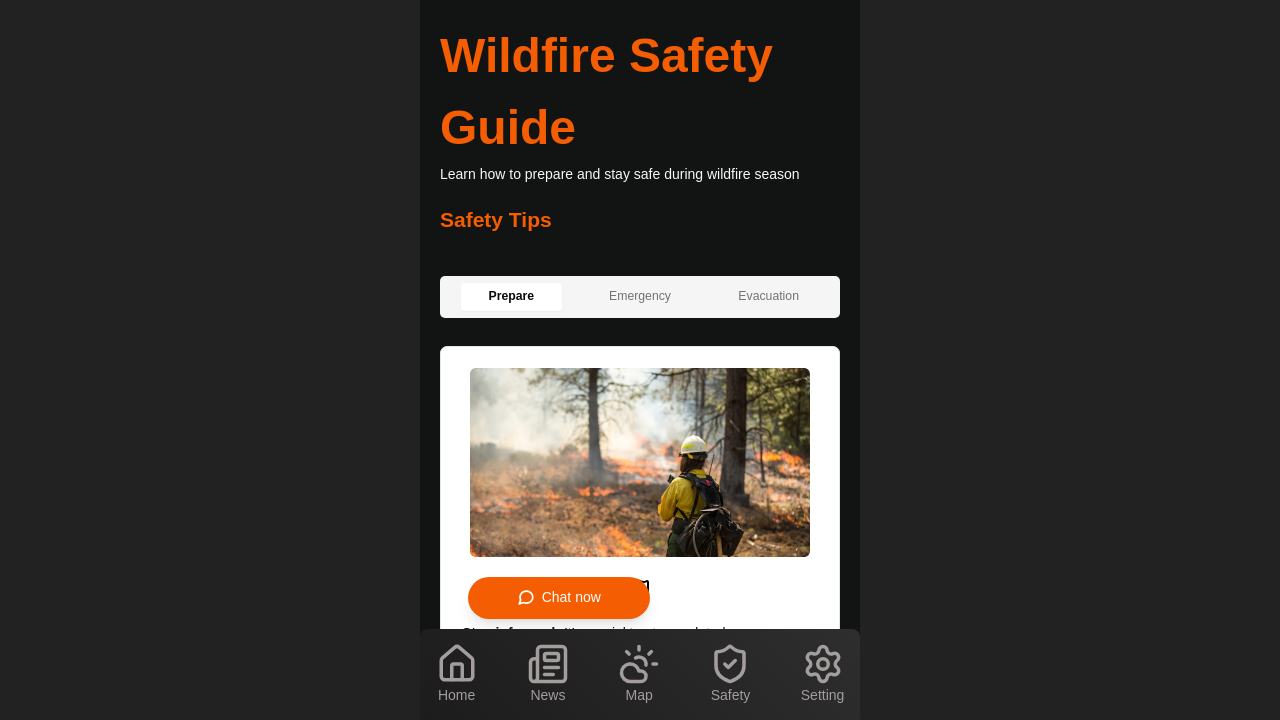
Repository: BCITKevin/Flare_IDSP
Page: /safety
These files come from the project's save history. The page is drawn as it stood at one moment and after the next save; the edit follows.
The browser window is 1280 px wide. The pictures show the whole page.
An inner scrolling area shows only its first screen. Some web fonts or font styles are not loaded; a fallback is used. The project was rebuilt for these pictures with package versions that can differ from the ones it lists, and the page was loaded fresh each time. The framework's server and built-in components were replaced by stand-ins that run in the browser. Also part of the build but not shown: next.config.js, next.config.mjs.

Above is the page before, as saved 2024-11-30 07:34:05.

### src/app/layout.tsx
import type { Metadata } from "next";
import Script from 'next/script';
import "./globals.css";
import { BrowserRouter } from "react-router-dom";

export const metadata: Metadata = {
  title: "Flare",
  description: "Flare is disaster response platform.",
  manifest: "/manifest.json",
};

export default function RootLayout({
  children,
}: Readonly<{
  children: React.ReactNode;
}>) {
  return (
    <html lang="en">
        <head>
          <link rel="manifest" href="/manifest.json" />
          <link rel="icon" href="/favicon.ico" />
          <link rel="apple-touch-icon" href="/images/logo-192x192.png" />
          <link
            rel="stylesheet"
            href="https://cdnjs.cloudflare.com/ajax/libs/leaflet/1.9.4/leaflet.min.css"
            crossOrigin=""
          />
        </head>
        <body
          className={`antialiased`}
        >
          {children}
          <Script
            src="https://cdnjs.cloudflare.com/ajax/libs/leaflet/1.9.4/leaflet.min.js"
            strategy="beforeInteractive"
            crossOrigin=""
          />
        </body>
    </html>
  );
}

### src/app/safety/page.tsx
'use client';

import { Tabs, TabsContent, TabsList, TabsTrigger } from "@/components/ui/tabs";
import {
    Card,
    CardContent,
    // CardDescription,
    // CardFooter,
    CardHeader,
    // CardTitle,
} from "@/components/ui/card"
import styles from "./safety.module.css"
import { Backpack, Map, Flag } from "lucide-react";
import prepareHero from "../public/images/prepareHero.png"
import evacHero from "../public/images/EvacHero.png"
import emergencyHero from "../public/images/EmergencyHero.png"
import BottomNavBar from "@/components/BottomNavBar/BottomNavBar";
import React from "react";

import { useState } from "react";
import Image from "next/image";

type Message = {
    text: string;
    sender: string;
};

// Card can be reformatted into a reusable component

export default function Safety() {
    const [showChat, setShowChat] = useState(false);
    const [activeTab, setActiveTab] = useState('Prepare');
    const [prevMsg, setMsg] = useState<Message[]>([
        { text: "Hello! Is there anything about wildfires I could help you with today?", sender: 'bot' },
    ]);


    async function handleSubmit(e: React.FormEvent<HTMLFormElement>) {
        e.preventDefault()

        try {
            const message = (document.querySelector('#message') as HTMLInputElement)?.value;
            (document.querySelector('#message') as HTMLInputElement).value = '';

            console.log(message);
            setMsg((prevMsg) => [...prevMsg, { text: message, sender: 'user' }]);

            const res = await fetch('/api/safety', {
                method: 'POST',
                headers: {
                    'Content-Type': 'application/json',
                },
                body: JSON.stringify({ message }),
            });

            if (!res.ok) {
                console.error();
                throw new Error('OOPS, SOMETHIN WRONG WITH BOT');
            }
            const data = await res.json();

            const botResponse = data.chat.content || "Sorry, I can't process your request. Please try again";

            setMsg((prevMsg) => [...prevMsg, { text: botResponse, sender: 'bot' }]);

            console.log('from gpt: ', botResponse);
        }
        catch (err) {
            console.error(err);
        }
    }

    const prepareText = `
    <strong>Stay informed:</strong> It’s crucial to stay updated on emergency alerts and evacuation orders issued by local authorities. Regularly check with Flare and turn on notifications and stay updated with the news. These alerts provide critical information about wildfire locations, safe zones, and road closures.
    <br><br>
    <strong>Assemble an emergency kit:</strong> Include:
    <ul>
        <li>- First aid supplies, such as bandages, antiseptics, and pain relievers.</li>
        <li>- Enough non-perishable food and water to sustain your household for at least 3 days.</li>
        <li>- Flashlights with spare batteries, a multi-tool, a whistle for signaling, and a fire extinguisher.</li>
        <li>- Personal hygiene items, blankets, and clothing suitable for various weather conditions.</li>
    </ul>
    <br>
    <strong>Follow evacuation routes:</strong> Use the safest, predefined routes recommended by local authorities. Avoid unfamiliar roads that could be blocked or unsafe. Always have a physical map in case of GPS or mobile network failure.
    <br><br>
    <strong>Leave as early as possible:</strong> Don’t wait until the last moment to evacuate. Early action reduces risks and allows emergency responders to focus on critical areas. Traffic congestion and panic during last-minute evacuations can pose additional dangers.
    <br><br>
    <strong>Assist neighbors if possible:</strong> Check on those in your community who may need help, especially the elderly, people with disabilities, or families without transportation. Offer support by carpooling or sharing resources.
    <br><br>
    <strong>Keep your vehicle ready:</strong> Ensure your vehicle is in good condition with a full gas tank. Keep the keys easily accessible, park the car facing outward for a quick exit, and load essential items in advance to save time during an emergency.
    <br><br>
    <strong>Practice your evacuation plan:</strong> Conduct regular drills with your household to ensure everyone knows their roles and responsibilities. Familiarity with the process can reduce stress and confusion during an actual emergency.
    <br><br>
    <strong>Create a defensible space around your home:</strong> Clear dry leaves, branches, and other flammable materials at least 30 feet from your home. Trim tree branches to a height of at least 6 feet to prevent fire from climbing. Regularly maintain gutters and roofs by removing debris. Store firewood and other combustible items far from structures.
    <br><br>
    `;


    const emergencyText = `
    <strong>If you are in danger, contact emergency services immediately:</strong> Dial the emergency hotline 911 if your safety is compromised. Or  call 1 800 663-5555 toll-free or <strong>*5555</strong> on a cellphone to report a wildfire. Clearly state your location and the nature of the emergency to ensure responders can locate you quickly. Avoid using the line for non-critical updates to keep it free for those in immediate need.
    <br><br>
    <strong>Stay inside if safe:</strong> If evacuation is not possible, shelter in place in a safe room. Select an area with minimal windows and external doors, preferably one located at the center of your home or on the opposite side of the fire’s path. Keep the space stocked with basic necessities, including water, flashlights, and communication devices.
    <br><br>
    <strong>Block air entry:</strong> Use duct tape, wet towels, or other materials to seal gaps around doors and windows to prevent smoke infiltration. Shut off HVAC systems and close vents to further limit the entry of hazardous air.
    <br><br>
    <strong>Listen to official information:</strong> Stay tuned to updates from local authorities via radio, mobile apps, or reliable online sources. Avoid spreading or acting on unverified information that may cause unnecessary panic.
    <br><br>
    <strong>Use face coverings:</strong> If you need to go outside or smoke enters your shelter, use wet towels, bandanas, or certified N95 masks to filter harmful particles. This is especially important for individuals with respiratory issues, the elderly, and young children.
    <br><br>
    <strong>Stay hydrated:</strong> Drink plenty of water to combat dehydration caused by heat and smoke inhalation. Avoid alcohol or caffeinated drinks, which can exacerbate dehydration. If possible, keep oral rehydration salts or electrolyte drinks on hand.
    <br><br>
    <strong>Be prepared for power outages:</strong> Wildfires may disrupt electricity. Keep flashlights, extra batteries, and a manual crank radio available. Charge your devices in advance and consider using portable power banks.
    <br><br>
    <strong>Plan for communication:</strong> If mobile networks are down, use walkie-talkies or pre-established signals with neighbors and family to communicate effectively.
    <br><br>
    <strong>Protect pets and livestock:</strong> Keep your pets in a secure area with food and water. If possible, move livestock to open areas far from fire hazards.
    <br><br>
    <strong>Monitor air quality:</strong> Use air purifiers indoors if available and check air quality levels through official channels to minimize smoke-related health risks.
    `;


    const evacuationText = `
    <strong>Develop a family emergency plan:</strong> Create a detailed emergency plan that includes designated meeting spots, multiple communication strategies, and escape routes for different scenarios. Assign responsibilities to each family member and rehearse the plan frequently to ensure everyone is prepared.
    <br><br>
    <strong>Prepare to leave immediately:</strong>
    - Ensure you have gathered all essential items ahead of time to avoid delays. These include:
    <br><br>
    <ul>
        <li>- <strong>Medications</strong>, including prescription drugs and a basic first aid kit for minor injuries.</li>
        <li>- <strong>Important documents</strong>, such as government-issued IDs, insurance papers, property deeds, and emergency contact information.</li>
        <li>- Your <strong>emergency kit</strong> as outlined in the prepare section</li>
        <li>- Personal items like clothing, toiletries, and any essential supplies for infants, pets, or elderly family members.</li>
    </ul>
    <br>
    <strong>Keep important documents ready:</strong> Store essential documents like birth certificates, passports, medical records, and insurance policies in a waterproof, fireproof safe. Back up digital copies to cloud storage or an external hard drive.
    <br><br>
    <strong>Know your local risk level:</strong> Familiarize yourself with wildfire risks in your area by consulting local government websites and fire risk maps. Participate in community evacuation drills to understand the best practices and routes in case of an emergency.
    <br><br>
    <strong>Sign up for emergency alerts:</strong> Subscribe to wildfire and weather warning systems offered by local authorities.
    <br><br>
    <strong>Invest in fire-resistant building materials:</strong> Upgrade your home with fire-resistant roofing, siding, and windows. Install ember-resistant vents to prevent sparks from entering your home.
    <br><br>
    <strong>Prepare your vehicle:</strong> Keep your car in good working condition, with a full gas tank and an emergency kit inside. Include maps, a spare tire, tools, and extra supplies to ensure mobility during an evacuation.
    <br><br>
    <strong>Coordinate with your neighbors:</strong> Work together with your community to create a wildfire response plan. Share resources, such as tools and safety tips, to enhance collective preparedness.
    <br><br>
    <strong>Learn fire suppression techniques:</strong> Take basic training on how to use a fire extinguisher and other suppression tools effectively. Know when to evacuate instead of attempting to combat the fire yourself.
    <br><br>
    <strong>Advocate for local safety measures:</strong> Encourage local governments to implement wildfire prevention strategies, such as controlled burns, community fuel breaks, and infrastructure upgrades.
    `;




    return (
        <body className="min-h-screen overflow-y-auto">
            <div className="safetyLayout h-full overflow-y-auto mb-44">
                <div className={styles.safetyHeading}>
                    <h1>
                        Wildfire Safety Guide
                    </h1>
                    <p className={styles.whiteText}>
                        Learn how to prepare and stay safe during wildfire season
                    </p>
                </div>
                {/* <Card className="p-5 mt-3 transition-all duration-300 hover:shadow-lg border-l-4 border-l-orange-500">
                    <CardHeader className="p-0 mb-3">
                        <div className="flex items-center gap-2">
                            <strong className={`${styles.articleBody} text-lg`}>
                                Based on your Location and Recent Weather
                            </strong>
                        </div>
                    </CardHeader>
                    <CardContent className="p-0">
                        <div className="flex flex-col gap-2">
                            <p className={`${styles.articleBody} leading-relaxed`}>
                                Consider bringing:
                            </p>
                            <ul className="list-disc ml-5 space-y-1">
                                <li className={styles.articleBody}>Extra water (1 gallon per person)</li>
                                <li className={styles.articleBody}>Cooling towels</li>
                                <li className={styles.articleBody}>Sun protection (hat, sunscreen)</li>
                            </ul>
                        </div>
                    </CardContent>
                </Card> */}
                <div className={`${styles.safetyHeading} mb-6 mt-6`}>
                    <h3 className="text-2xl font-bold">
                        Safety Tips
                    </h3>
                </div>
                <div className="mt-2">
                <Tabs defaultValue="Prepare" className="w-full flex flex-col" onValueChange={setActiveTab}>
                        <TabsList className="space-x-8 p-6 my-6">
                            <TabsTrigger value="Prepare" className={`w-full ${activeTab === 'Prepare' ? styles.activeTab : ''}`}>Prepare</TabsTrigger>
                            <TabsTrigger value="Emergency" className={`w-full ${activeTab === 'Emergency' ? styles.activeTab : ''}`}>Emergency</TabsTrigger>
                            <TabsTrigger value="Evacuation" className={`w-full ${activeTab === 'Evacuation' ? styles.activeTab : ''}`}>Evacuation</TabsTrigger>
                        </TabsList>
                        <TabsContent value="Prepare">
                            <Card className={`${styles.card} p-6 flex flex-col items-center mb-24`}>
                                <Image src={prepareHero} width={340} height={189} alt="a rescue worker looking towards a wildfire" />
                                <Flag color="black" className="m-6" />
                                <p dangerouslySetInnerHTML={{ __html: prepareText }} className={styles.articleBody} />
                            </Card>
                        </TabsContent>
                        <TabsContent value="Emergency">
                            <Card className={`${styles.card} p-6 flex flex-col items-center mb-24`}>
                                <Image src={emergencyHero} width={340} height={189} alt="a rescue worker looking towards a wildfire" />
                                <Backpack color="black" className="m-6" />
                                <p dangerouslySetInnerHTML={{ __html: emergencyText }} className={styles.articleBody} />
                            </Card>
                        </TabsContent>
                        <TabsContent value="Evacuation">
                            <Card className={`${styles.card} p-6 flex flex-col items-center mb-24`}>
                                <Image src={evacHero} width={340} height={189} alt="a rescue worker looking towards a wildfire" />
                                <Map color="black" className="m-6" />
                                <p dangerouslySetInnerHTML={{ __html: evacuationText }} className={styles.articleBody} />
                            </Card>
                        </TabsContent>
                    </Tabs>
                </div>
                {showChat ? (
                    <>
                        <div className="justify-center items-center flex overflow-x-hidden overflow-y-auto fixed inset-0 z-50 outline-none focus:outline-none">
                            <div className="relative w-full h-full mx-auto max-w-3xl px-4 pt-6 pb-24">
                                <div className="border-0 rounded-lg shadow-lg relative flex flex-col w-full h-full bg-white outline-none focus:outline-none">
                                    {/* Header */}
                                    <div className="flex items-center justify-between p-4 border-b border-solid border-gray-200">
                                        <h3 className="text-lg font-semibold text-gray-900">Flare Assistant</h3>
                                        <button
                                            className="p-1 ml-auto border-0 text-black float-right text-3xl leading-none font-semibold"
                                            onClick={() => setShowChat(false)}
                                        >
                                            ×
                                        </button>
                                    </div>

                                    {/* Chat Messages */}
                                    <div className="relative p-4 flex-auto overflow-y-auto">
                                        {prevMsg.map((msg, i) => (
                                            <div key={i} className={`flex ${msg.sender === 'user' ? 'justify-end' : 'justify-start'} mb-4`}>
                                                <div className={`rounded-lg px-4 py-2 max-w-[80%] ${
                                                    msg.sender === 'user'
                                                    ? 'bg-[var(--orange)] text-white'
                                                    : 'bg-gray-100 text-gray-800'
                                                }`}>
                                                    {msg.text}
                                                </div>
                                            </div>
                                        ))}
                                    </div>

                                    {/* Input Form */}
                                    <div className="border-t border-solid border-gray-200 p-4">
                                        <form onSubmit={handleSubmit} className="flex gap-2">
                                            <input
                                                type="text"
                                                id="message"
                                                placeholder="Type your message..."
                                                className="flex-grow px-4 py-2 border border-gray-300 rounded-full focus:outline-none focus:border-[var(--orange)]"
                                            />
                                            <button
                                                type="submit"
                                                className="bg-[var(--orange)] text-white rounded-full px-6 py-2"
                                            >
                                                Send
                                            </button>
                                        </form>
                                    </div>
                                </div>
                            </div>
                        </div>
                        <div className="opacity-25 fixed inset-0 z-40 bg-black"></div>
                    </>
                ) : null}
                <div className="flex flex-col fixed bottom-24 rounded-md px-6 py-3 m-2 items-center gap-4 transition-all duration-300">
                    {/* <div>
                        <span className="flex justify-center text-white ">Flare Assistant</span>
                        <p className="text-white text-base">Ask us about how you can stay safe</p>
                    </div> */}
                    <button
                        className="flex justify-center bg-[var(--orange)] text-white rounded-full shadow-lg transition-all duration-300 flex items-center gap-2 px-4 py-2 w-3/4 hover:border-2 hover:border-white box-border w-52 h-12"
                        onClick={() => setShowChat(true)}
                    >
                        <img src="/icons/message-circle.svg" alt="chatbot icon" className="w-5 h-5 filter invert brightness-0" />
                        <span>Chat now</span>
                    </button>
                </div>
            </div>
            <BottomNavBar />
        </body>
    )
}

### src/components/ui/card.tsx
import * as React from "react"

import { cn } from "@/lib/utils"

const Card = React.forwardRef<
  HTMLDivElement,
  React.HTMLAttributes<HTMLDivElement>
>(({ className, ...props }, ref) => (
  <div
    ref={ref}
    className={cn(
      "rounded-lg border border-neutral-200 bg-white text-neutral-950 shadow-sm dark:border-neutral-800 dark:bg-neutral-950 dark:text-neutral-50",
      className
    )}
    {...props}
  />
))
Card.displayName = "Card"

const CardHeader = React.forwardRef<
  HTMLDivElement,
  React.HTMLAttributes<HTMLDivElement>
>(({ className, ...props }, ref) => (
  <div
    ref={ref}
    className={cn("flex flex-col space-y-1.5", className)}
    {...props}
  />
))
CardHeader.displayName = "CardHeader"

const CardTitle = React.forwardRef<
  HTMLParagraphElement,
  React.HTMLAttributes<HTMLHeadingElement>
>(({ className, ...props }, ref) => (
  <h3
    ref={ref}
    className={cn(
      "text-2xl font-semibold leading-none tracking-tight",
      className
    )}
    {...props}
  />
))
CardTitle.displayName = "CardTitle"

const CardDescription = React.forwardRef<
  HTMLParagraphElement,
  React.HTMLAttributes<HTMLParagraphElement>
>(({ className, ...props }, ref) => (
  <p
    ref={ref}
    className={cn("text-sm text-neutral-500 dark:text-neutral-400", className)}
    {...props}
  />
))
CardDescription.displayName = "CardDescription"

const CardContent = React.forwardRef<
  HTMLDivElement,
  React.HTMLAttributes<HTMLDivElement>
>(({ className, ...props }, ref) => (
  <div ref={ref} className={cn("pt-6", className)} {...props} />
))
CardContent.displayName = "CardContent"

const CardFooter = React.forwardRef<
  HTMLDivElement,
  React.HTMLAttributes<HTMLDivElement>
>(({ className, ...props }, ref) => (
  <div
    ref={ref}
    className={cn("flex items-center pt-6", className)}
    {...props}
  />
))
CardFooter.displayName = "CardFooter"

export { Card, CardHeader, CardFooter, CardTitle, CardDescription, CardContent }

### src/app/safety/safety.module.css

.safetyHeading {
    color: var(--orange);
}

.articleBody {
    color: var(--black);
}

.articleBody *{
    color: var(--black);
}

.whiteText {
    color: var(--white);
}

.activeTab {
    box-shadow: 0 4px 6px rgba(0,0,0, 0.3);
    font-weight: bold;
    transition: ease-in-out 0.2s;
}

@media only screen and (max-width: 600px) {
    .appLayout {
      overflow-y: scroll;
      padding-bottom: 8rem;
  }
}

### src/components/BottomNavBar/BottomNavBar.module.css
.navContainer {
  position: fixed;
  bottom: 0;
  width: 440px;

  display: flex;
  align-items: flex-end;
  gap: 18px;
  justify-content: space-around;

  color: var(--l-grey);
  border-radius: 8px 8px 0 0;
  background: linear-gradient(45deg, #1c1c1c 0.25%, #2e2e2e 99.75%);
}

.navIcon {
  display: flex;
  flex-direction: column;
  align-items: center;
  transition: color 0.3s, transform 0.3s, background-color 0.3s;
  padding: 1rem 12px;
  border-radius: 8px;
}

.navIcon:hover {
  color: #000000;
  transform: translateY(-2px);

  background-color: var(--white);
}

.active {
  color: grey; /* 활성화 시 색상 */
  transform: scale(1.1);
  background-color: #2b2b2b;
}

Loaded but not shown: src/lib/utils.ts (common file); src/app/globals.css (310 lines, source omitted); src/components/BottomNavBar/BottomNavBar.jsx (106 lines, source omitted); tailwind.config.ts (96 lines, source omitted); src/components/ui/tabs.tsx (55 lines, source omitted)

After the next save:
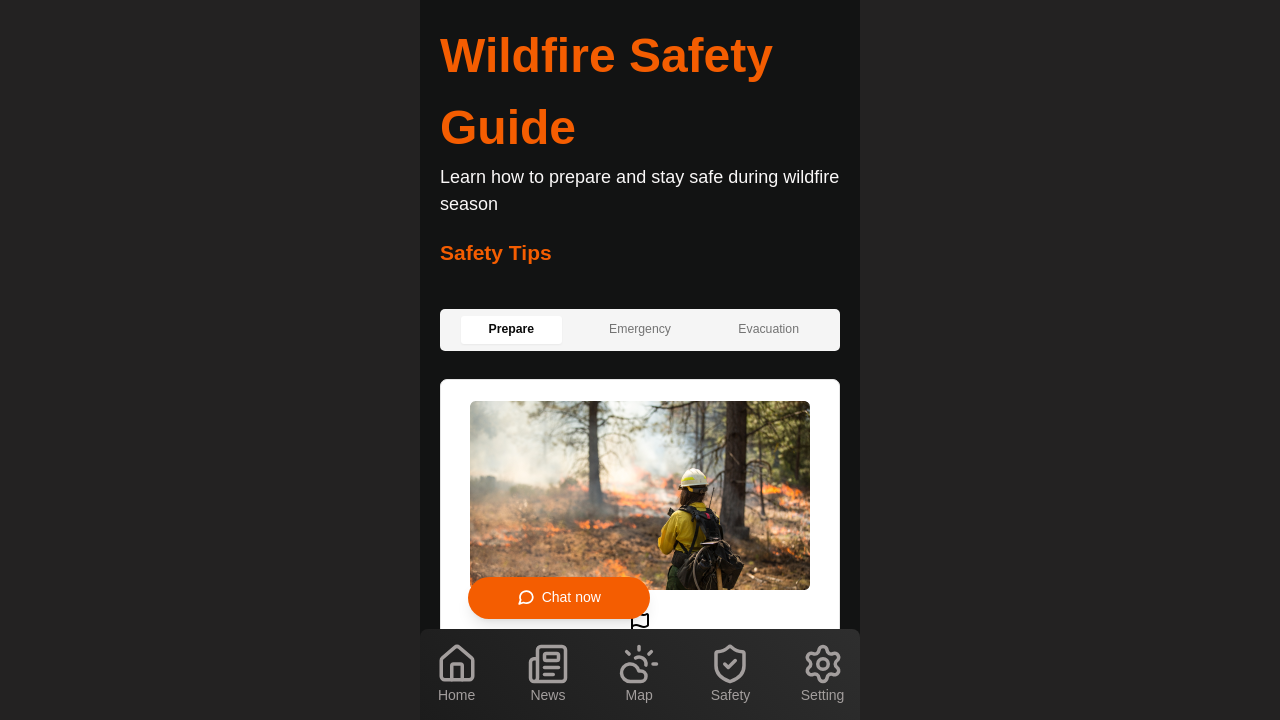
Saved 3 min 38 s later.
--- a/src/app/safety/page.tsx
+++ b/src/app/safety/page.tsx
@@ -159,9 +159,9 @@ export default function Safety() {
                     <h1>
                         Wildfire Safety Guide
                     </h1>
-                    <p className={styles.whiteText}>
+                    <h5 className={styles.whiteText}>
                         Learn how to prepare and stay safe during wildfire season
-                    </p>
+                    </h5>
                 </div>
                 {/* <Card className="p-5 mt-3 transition-all duration-300 hover:shadow-lg border-l-4 border-l-orange-500">
                     <CardHeader className="p-0 mb-3">
